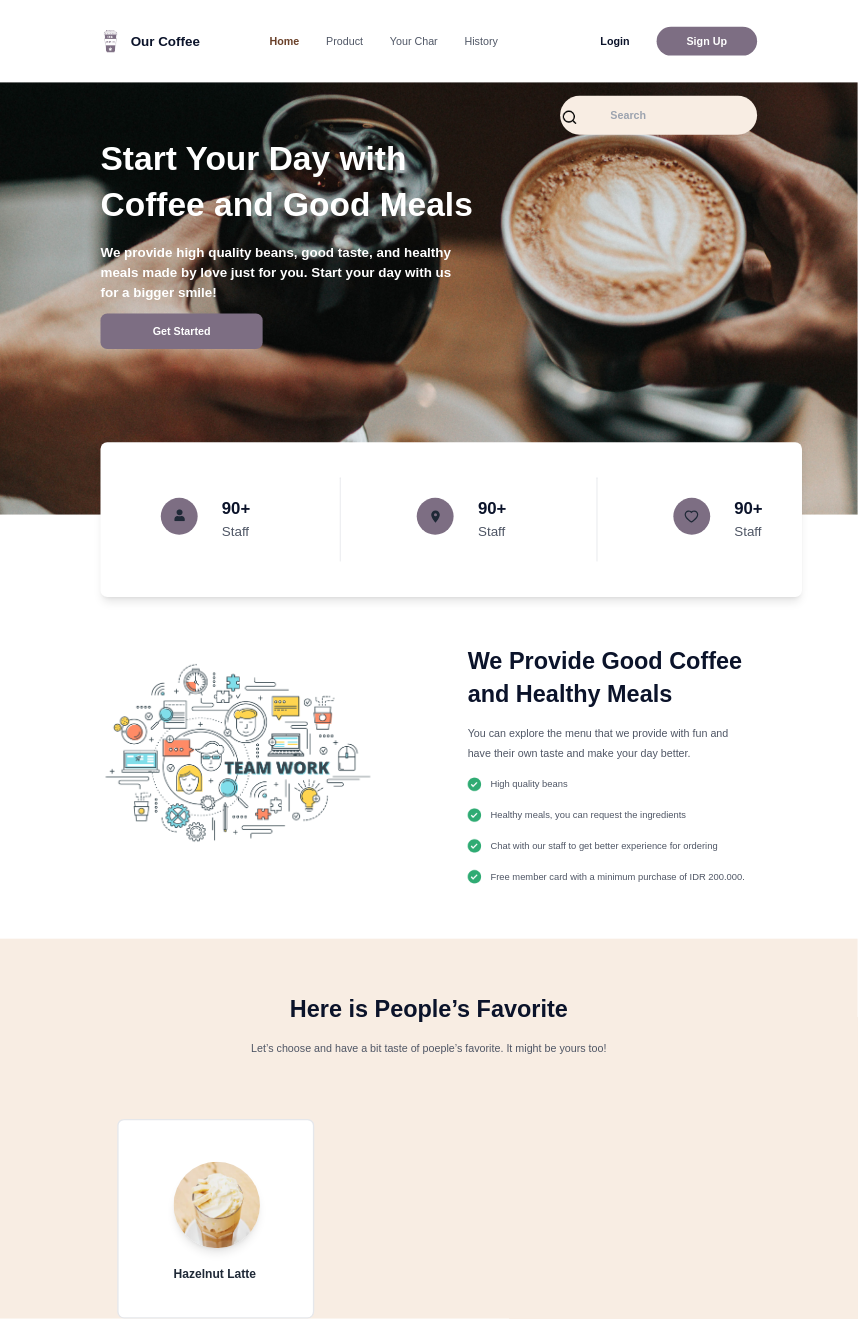
Repository: boykebn/fw12-collab2-FRONTEND
Page: / (app in our/)
These files come from the project's save history. The page is drawn as it stood at one moment and after the next save; the edit follows.
The browser window is 1280 px wide. The pictures show the whole page, at 67% of full size.
The project was rebuilt for these pictures with package versions that can differ from the ones it lists, and the page was loaded fresh each time. The framework's server and built-in components were replaced by stand-ins that run in the browser. Also part of the build but not shown: our/next.config.js.

Above is the page before, as saved 2022-12-30 23:02:42.

After the next save:
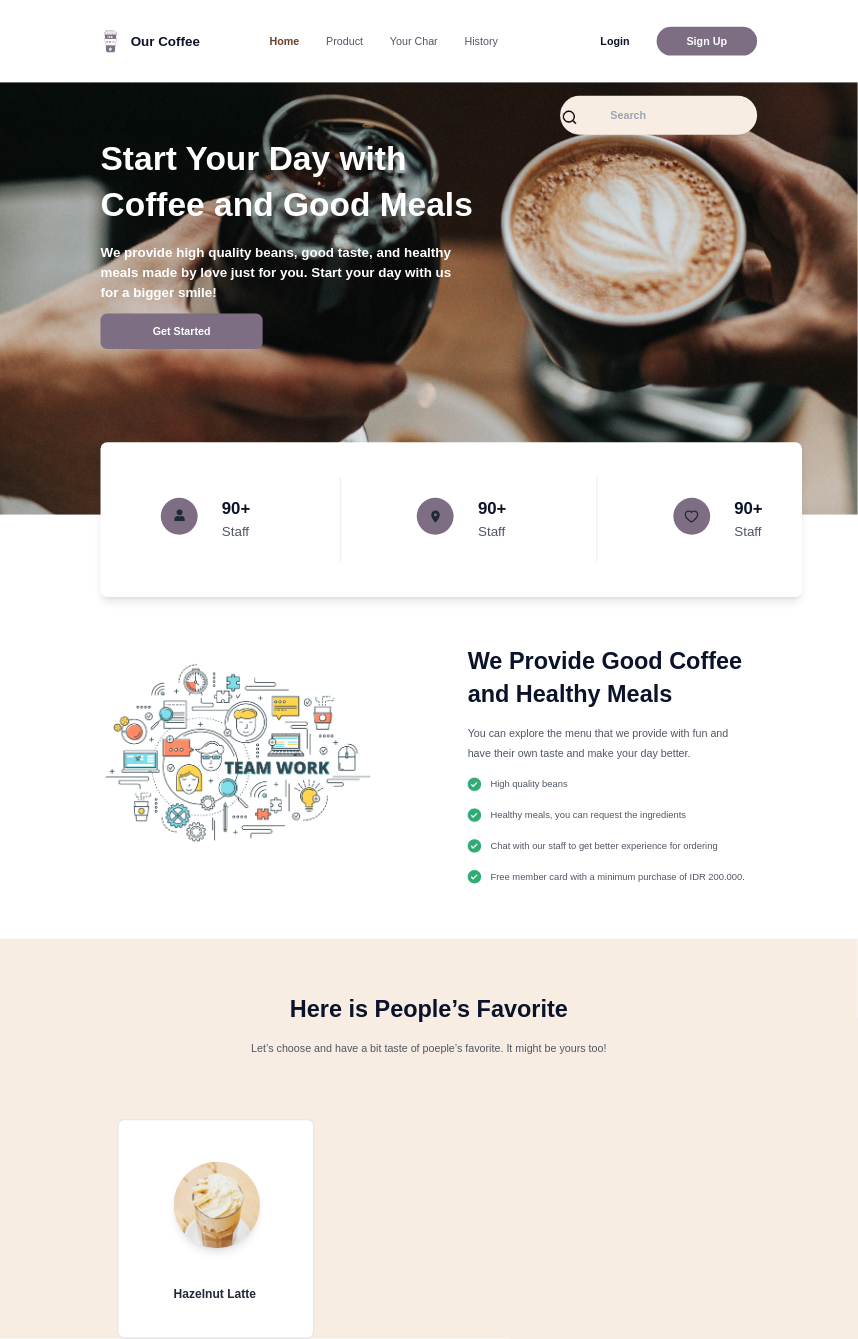
Saved 18 s later.
--- a/our/pages/index.js
+++ b/our/pages/index.js
@@ -117,7 +117,7 @@ export default function Home() {
         </div>
         <div className="px-[175px] flex">
           <div className="border-2 bg-white rounded-[10px] pt-[62px] pl-[82px] pr-[79px] pb-[50px]">
-            <Image src={food1} alt="food1" className="rounded-[50%] shadow-lg mb-[23px]" />
+            <Image src={food1} alt="food1" className="rounded-[50%] shadow-lg mb-[53px]" />
             <p className="text-[18px] leading-[30px] font-bold">Hazelnut Latte</p>
           </div>
         </div>
